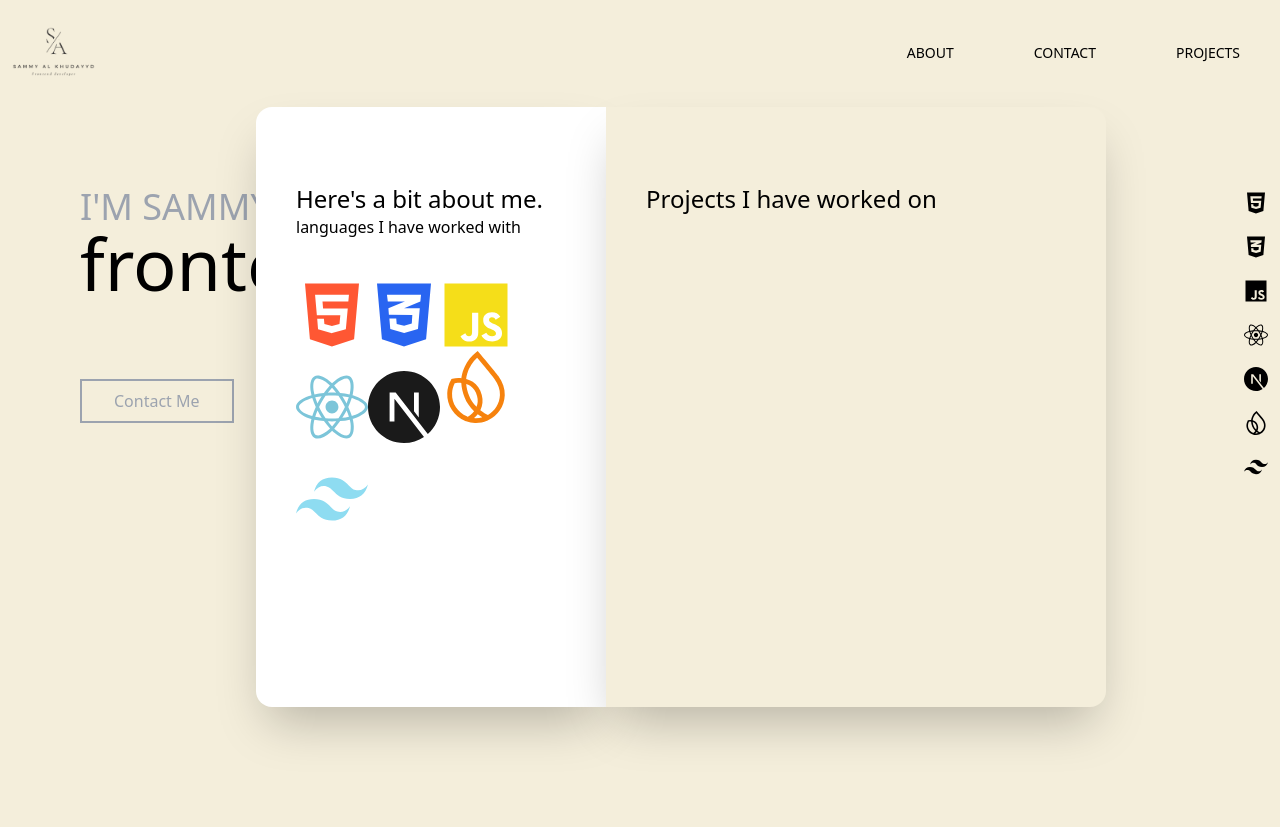
Repository: Al123Kudayyd/myportfolio
Page: /
The author's editor kept a copy of each file at every save. The page is drawn from the files as they stood at one save, then again after a run of saves.
The browser window is 1280 px wide. The pictures show the whole page.
The project was rebuilt for these pictures with package versions that can differ from the ones it lists, and the page was loaded fresh each time. Also part of the build but not shown: src/components/model.js.

Above is the page before, as saved 2024-02-21 14:12:31.

### src/App.js
import Main from './components/Main';
import Nav from './components/Nav';
import Model from './components/Model'


function App() {
  return (
    <div className=" ">
      <Nav />
      <Main />

    </div>
  );
}

export default App;

### src/components/Main.jsx
import React, { useState } from 'react'
import Model from './Model'
import { LiaTimesSolid } from "react-icons/lia";
import { FaHtml5, FaReact } from "react-icons/fa";
import { FaCss3Alt } from "react-icons/fa6";
import { IoLogoJavascript } from "react-icons/io5";
import { SiNextdotjs } from "react-icons/si";
import { SiFirebase } from "react-icons/si";
import { SiTailwindcss } from "react-icons/si";
import Projects from './Projects';


function Main() {
    const [openModal, setOpenModal] = useState(false)
  return (
    <div className='relative'>
    <div className='bg-[#f4eedb] relative h-screen'>
        <div className='-z-10 pl-20 pt-20 '>
            <h1 className=''><span className='text-gray-400 font-extralight text-4xl'>I'M SAMMY AND I'M A</span>
            <br /><span className='text-7xl'>frontend developer.</span></h1>
            <button className='mt-20 border-gray-400 border-2 text-gray-400 py-2 px-8 hover:bg-gray-400 hover:text-[#f4eedb]
            transition-all duration-300'
            onClick={() => setOpenModal(true)}>
                Contact Me</button>
        </div>

    </div>
    {
        openModal && <Model btn={<LiaTimesSolid onClick={() => setOpenModal(false)} />} />
    }
    <div className='absolute top-[10%] right-0 text-2xl space-y-5 m-3'>
            <FaHtml5 />
            <FaCss3Alt />
            <IoLogoJavascript />
            <FaReact />
            <SiNextdotjs />
            <SiFirebase />
            <SiTailwindcss />
        </div>
        <Projects className='' />
    </div>
  )
}

export default Main

### src/components/Nav.jsx
import React from 'react'
import logo from '../assets/logo.png'
import { LiaBarsSolid } from "react-icons/lia";

function Nav({ }) {
  return (
    <div className='bg-[#f4eedb] relative'>
        <div className='flex justify-between items-center'>
            <img src={logo} className="w-[20%] md:w-1/12 " />
            <LiaBarsSolid className='sm:hidden text-3xl mr-5 hover:text-gray-400 cursor-pointer active:scale-[.85] transition-all duration-300' />
            <ul className='hidden sm:flex font-extralight text-sm '>
                <li className='px-10 cursor-pointer hover:text-gray-400 transition-all duration-300'>ABOUT</li>
                <li className='px-10 cursor-pointer hover:text-gray-400 transition-all duration-300'>CONTACT</li>
                <li className='px-10 cursor-pointer hover:text-gray-400 transition-all duration-300'>PROJECTS</li>
            </ul>
        </div>



    </div>
  )
}

export default Nav

### src/components/Projects.jsx
import React from 'react'
import { FaHtml5, FaReact } from "react-icons/fa";
import { FaCss3Alt } from "react-icons/fa6";
import { IoLogoJavascript } from "react-icons/io5";
import { SiNextdotjs } from "react-icons/si";
import { SiFirebase } from "react-icons/si";
import { SiTailwindcss } from "react-icons/si";

function Projects() {
  return (
    <div className='absolute top-0 left-[20%]'>
        <div className='flex justify-center items-center'>
            <div className='shadow-2xl bg-white w-[350px] h-[600px] rounded-l-2xl'>
                <div className='px-[40px] py-[76px]'>
                    <h1 className='text-2xl'>Here's a bit about me.</h1>
                    <h3 className='text-md '>languages I have worked with</h3>
                    <div className='flex flex-wrap my-10 text-7xl '>
                        <FaHtml5 className='text-[#FF5733] ' />
                        <FaCss3Alt className='text-[#2965F1]' />
                        <IoLogoJavascript className='text-[#F5DE19]' />
                        <FaReact className='text-[#7CC5D9] my-5' />
                        <SiNextdotjs className='text-[#1a1a1a] my-5' />
                        <SiFirebase className='text-[#F6820D]' />
                        <SiTailwindcss className='text-[#8edcf1]' />
                    </div>
                </div>

            </div>
            <div className='shadow-2xl bg-[#f4eedb] w-[500px] h-[600px] rounded-r-2xl '>
                <div className='px-[40px] py-[76px]'>
                    <h1 className='text-2xl'>Projects I have worked on</h1>
                </div>

            </div>
        </div>
    </div>
  )
}

export default Projects

### tailwind.config.js
/** @type {import('tailwindcss').Config} */
module.exports = {
  content: [
    "./src/components/Nav.{js,jsx,ts,tsx}",
    "./src/components/Main.{js,jsx,ts,tsx}",
    "./src/components/App.{js,jsx,ts,tsx}",
    "./src/components/Model.{js,jsx,ts,tsx}",
    "./src/components/Projects.{js,jsx,ts,tsx}"
  ],
  theme: {
    extend: {},
  },
  plugins: [],
}

Loaded but not shown: public/index.html (common file); src/index.js (common file); src/index.css (common file); src/reportWebVitals.js (common file)

After the next 4 saves:
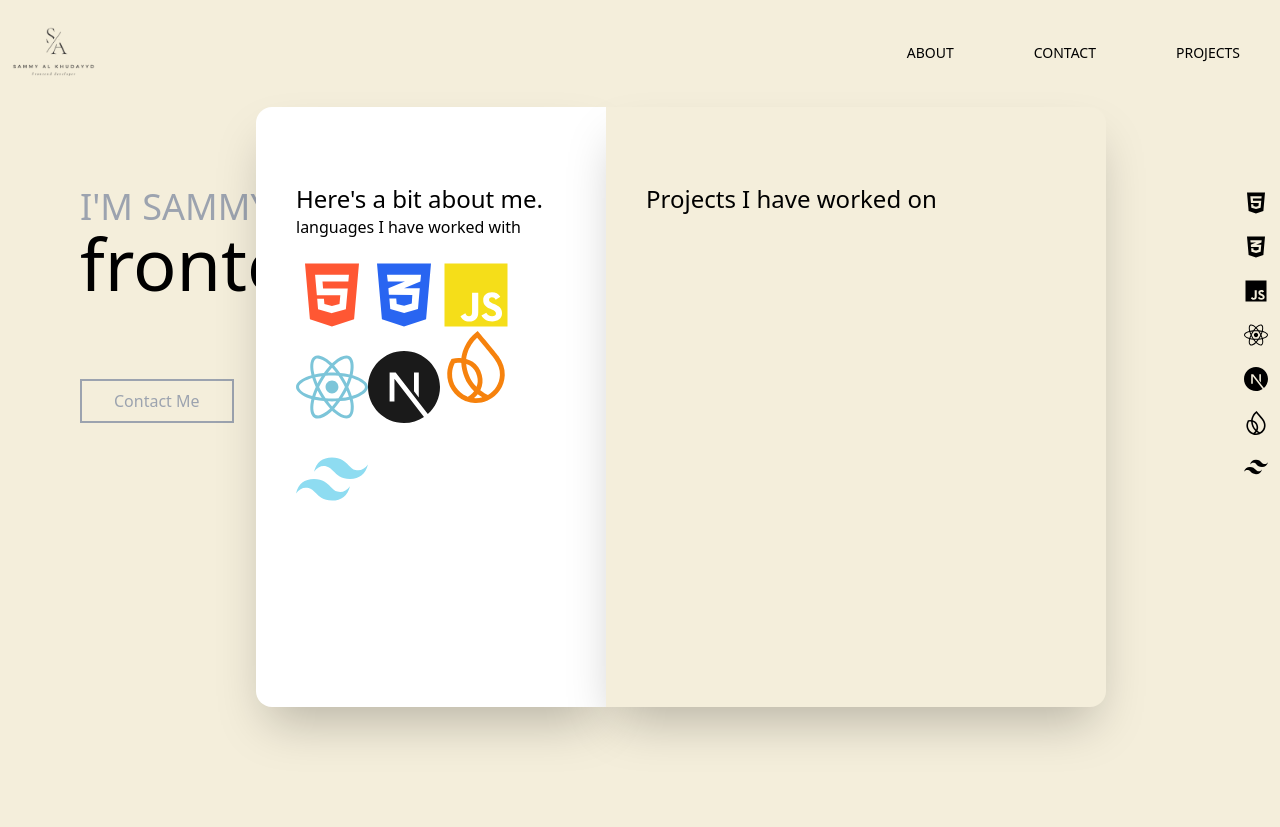
The 4 saves are shown as one change because they came seconds apart.
The last was saved 17 s later.
--- a/src/components/Projects.jsx
+++ b/src/components/Projects.jsx
@@ -11,10 +11,10 @@
     <div className='absolute top-0 left-[20%]'>
         <div className='flex justify-center items-center'>
             <div className='shadow-2xl bg-white w-[350px] h-[600px] rounded-l-2xl'>
-                <div className='px-[40px] py-[76px]'>
+                <div className='px-[40px] py-[76px] '>
                     <h1 className='text-2xl'>Here's a bit about me.</h1>
                     <h3 className='text-md '>languages I have worked with</h3>
-                    <div className='flex flex-wrap my-10 text-7xl '>
+                    <div className='flex flex-wrap my-10 text-7xl my-5'>
                         <FaHtml5 className='text-[#FF5733] ' />
                         <FaCss3Alt className='text-[#2965F1]' />
                         <IoLogoJavascript className='text-[#F5DE19]' />

After the save that followed:
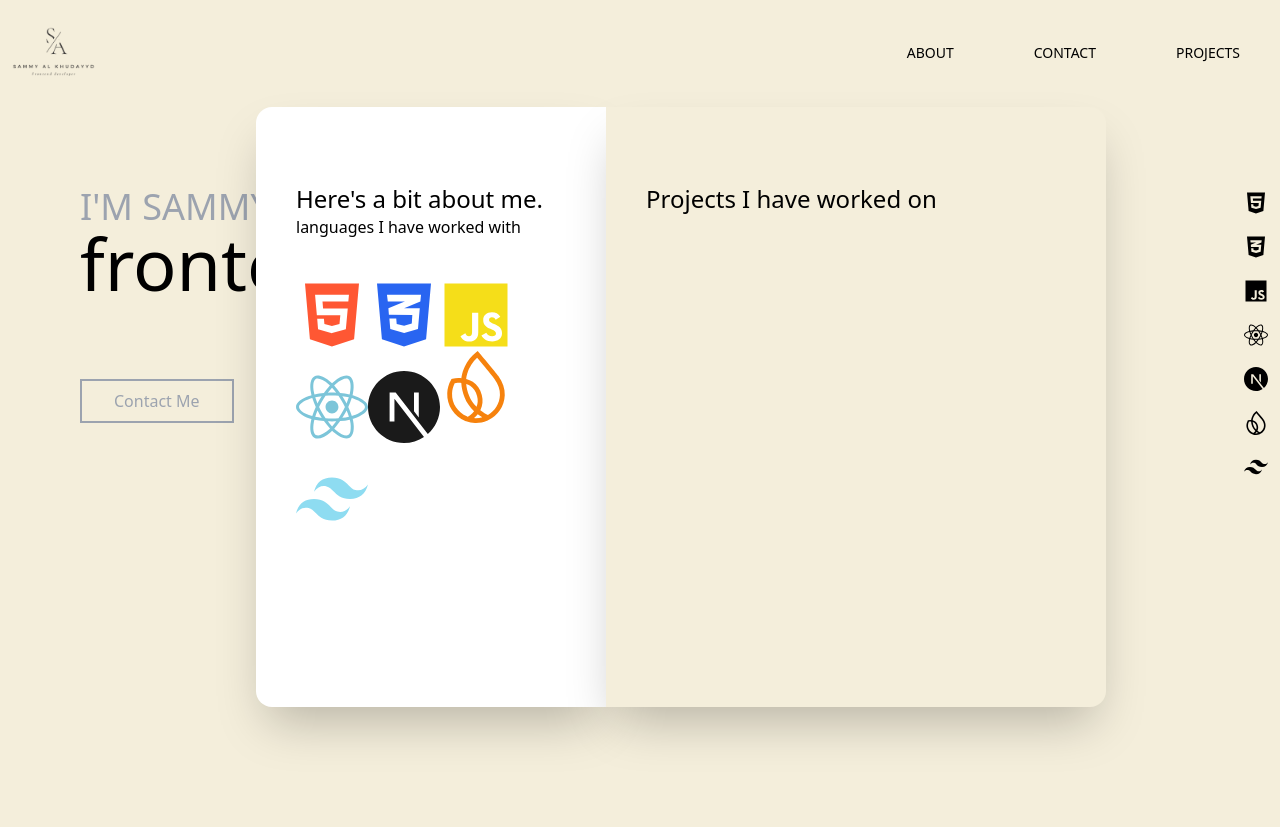
Saved 17 s later.
--- a/src/components/Projects.jsx
+++ b/src/components/Projects.jsx
@@ -14,7 +14,7 @@
                 <div className='px-[40px] py-[76px] '>
                     <h1 className='text-2xl'>Here's a bit about me.</h1>
                     <h3 className='text-md '>languages I have worked with</h3>
-                    <div className='flex flex-wrap my-10 text-7xl my-5'>
+                    <div className='flex flex-wrap my-10 text-7xl'>
                         <FaHtml5 className='text-[#FF5733] ' />
                         <FaCss3Alt className='text-[#2965F1]' />
                         <IoLogoJavascript className='text-[#F5DE19]' />
